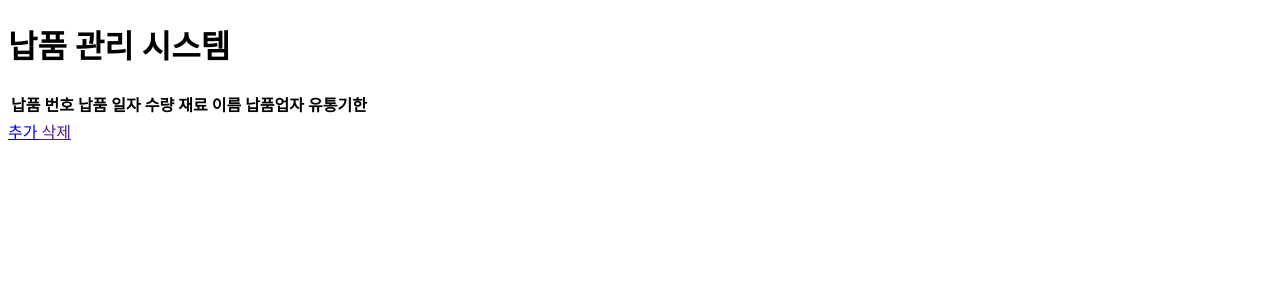
Repository: Awseok/InterDBTermProject
Page: http://localhost/FoodManager/Supply.jsp
The author's editor kept a copy of each file at every save. The page is drawn from the files as they stood at one save, then again after the next save.
The browser window is 1280 px wide. The pictures show the whole page.
The page is served by Tomcat 9. Nobody is signed in. The application's start-up code is not run.

Above is the page before, as saved 2020-06-29 16:44:00.

After the next save:
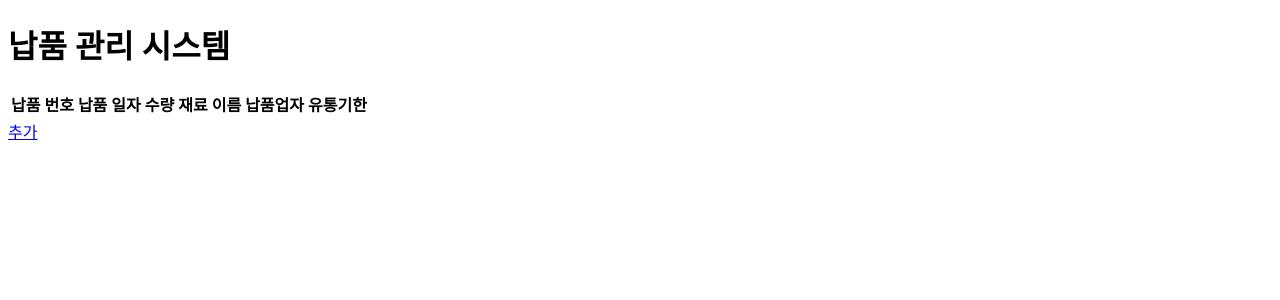
Saved 59 s later.
--- a/FoodManager/WebContent/Supply.jsp
+++ b/FoodManager/WebContent/Supply.jsp
@@ -32,14 +32,14 @@
 
 <td>
 
-<a href="Supply_modify.html"> 수정 </a>
+<a href="Supply_modify.html"> 수정 </a> <a href="${sup_url}" > 삭제 </a>
 </tr>
 </c:forEach>
 
 
 </table>
 
-<a href="Supply_modify.html"> 추가 </a>         <a href="${sup_url}" > 삭제 </a>
+<a href="Supply_modify.html"> 추가 </a>
 <br><br>
 
 
